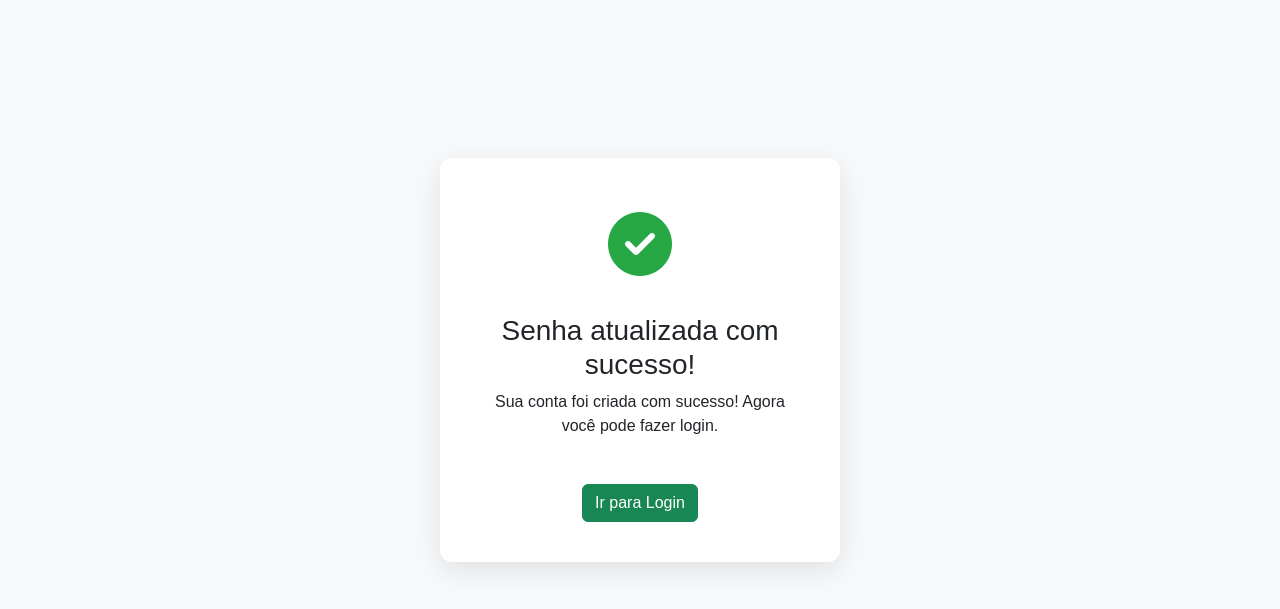
Repository: TomasKalemba/SGPA
Page: http://localhost/SGPA/visao/sucesso.php
An editor plug-in stored every save of this project. The page is shown before and after the next save, followed by the edit.
The browser window is 1280 px wide. The pictures show the whole page.
Some web libraries are served in a nearby version. The page is run by PHP 8.4 with error messages shown; the project is at /var/www/html/. The session is filled in as if someone had signed in: {"mensagem": "Senha atualizada com sucesso!"}.

Above is the page before, as saved 2025-11-16 11:01:21.

After the next save:
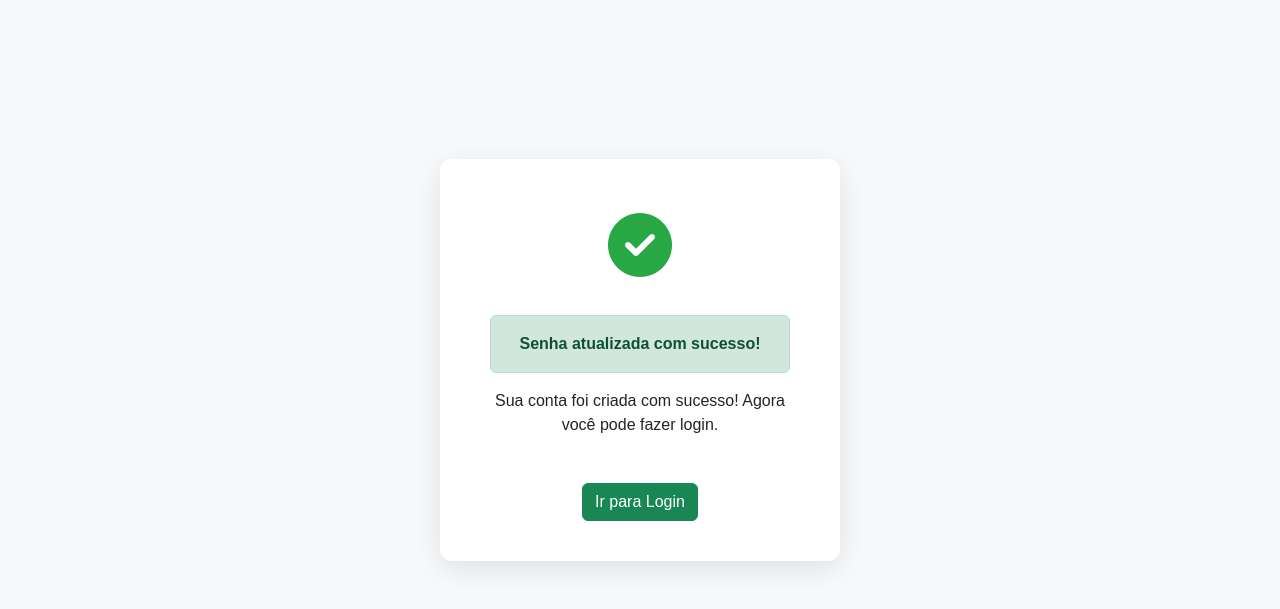
Saved 97 s later.
--- a/visao/sucesso.php
+++ b/visao/sucesso.php
@@ -1,13 +1,17 @@
 <?php
 session_start();
-if (!isset($_SESSION['mensagem']) || strpos($_SESSION['mensagem'], 'sucesso') === false) {
-    // Se não veio da criação, redireciona para login
+
+// Só permite acesso se existir mensagem de sucesso na sessão
+if (!isset($_SESSION['mensagem']) || strpos(strtolower($_SESSION['mensagem']), 'sucesso') === false) {
     header("Location: login.php");
     exit();
 }
 
 $msgSucesso = $_SESSION['mensagem'];
 unset($_SESSION['mensagem']);
+
+// Limpa o tipo_alerta para não afetar outras telas
+unset($_SESSION['tipo_alerta']);
 ?>
 
 <!DOCTYPE html>
@@ -54,7 +58,12 @@ unset($_SESSION['mensagem']);
     <div class="success-icon">
         <i class="fas fa-check-circle"></i>
     </div>
-    <h3><?= htmlspecialchars($msgSucesso) ?></h3>
+
+    <!-- Exibe alerta Bootstrap -->
+    <div class="alert alert-success" role="alert" style="font-weight: 600;">
+        <?= htmlspecialchars($msgSucesso) ?>
+    </div>
+
     <p>Sua conta foi criada com sucesso! Agora você pode fazer login.</p>
     <a href="login.php" class="btn btn-success btn-login">Ir para Login</a>
 </div>
